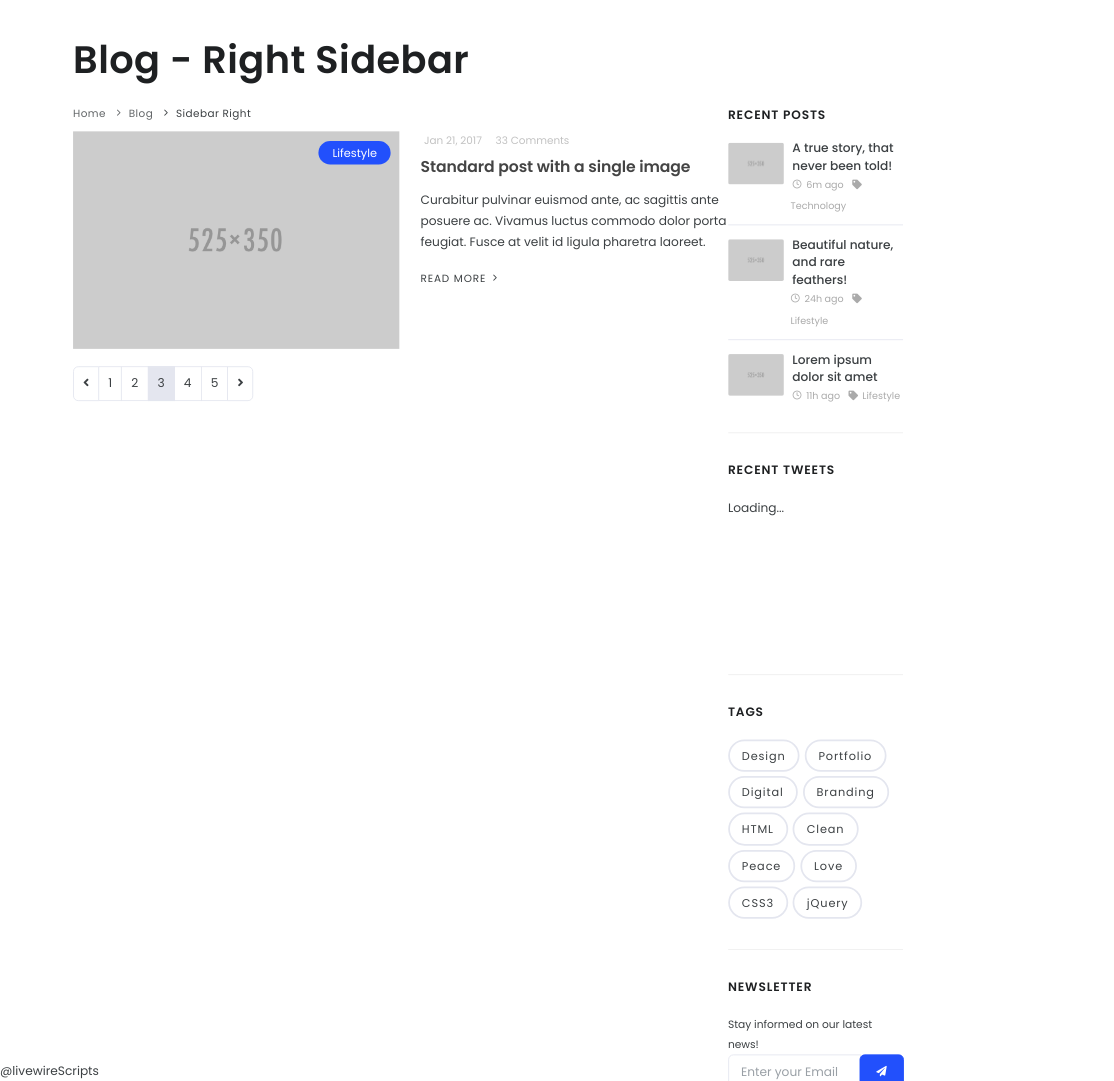
Repository: gavinj1999/burblings
Page: http://localhost/posts
An editor plug-in stored every save of this project. The page is shown before and after the next save, followed by the edit.
The browser window is 1280 px wide. The pictures show the whole page, at 87% of full size.
The page is served by the project's Laravel application, run on PHP 8.4 with Laravel 10. Queries for data that is not in the repository find no rows.

Above is the page before, as saved 2023-09-26 22:36:24.

After the next save:
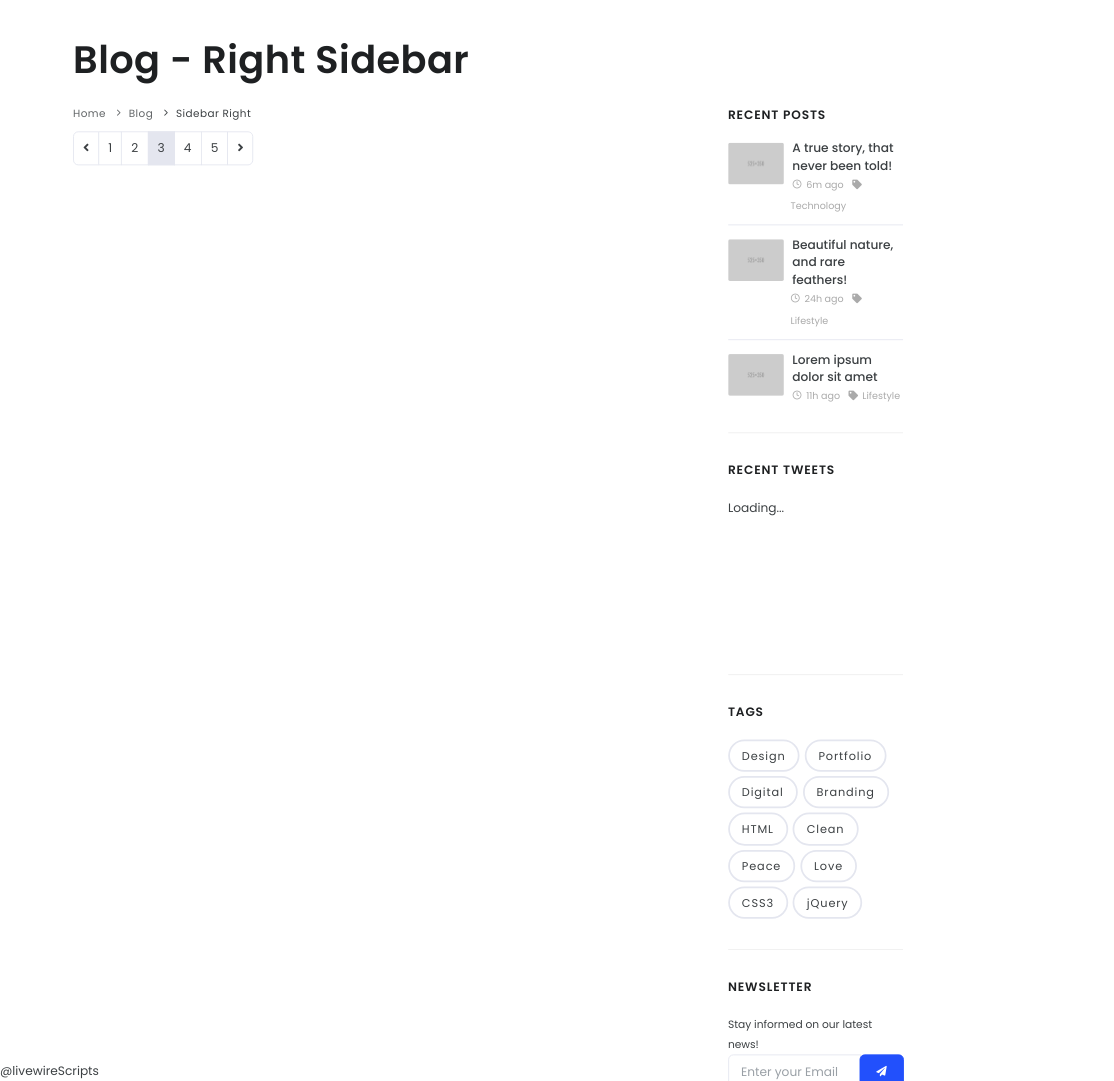
Saved 23 s later.
--- a/resources/views/posts/posts.blade.php
+++ b/resources/views/posts/posts.blade.php
@@ -23,6 +23,7 @@
                 <!-- Blog -->
                 <div id="blog" class="post-thumbnails">
                     <!-- Post item-->
+                    @foreach($posts as $post)
                     <div class="post-item">
                         <div class="post-item-wrap">
                             <div class="post-image">
@@ -42,7 +43,7 @@
                         </div>
                     </div>
                     <!-- end: Post item-->
-
+                    @endforeach
                 </div>
                 <!-- end: Blog -->
                 <!-- Pagination -->
